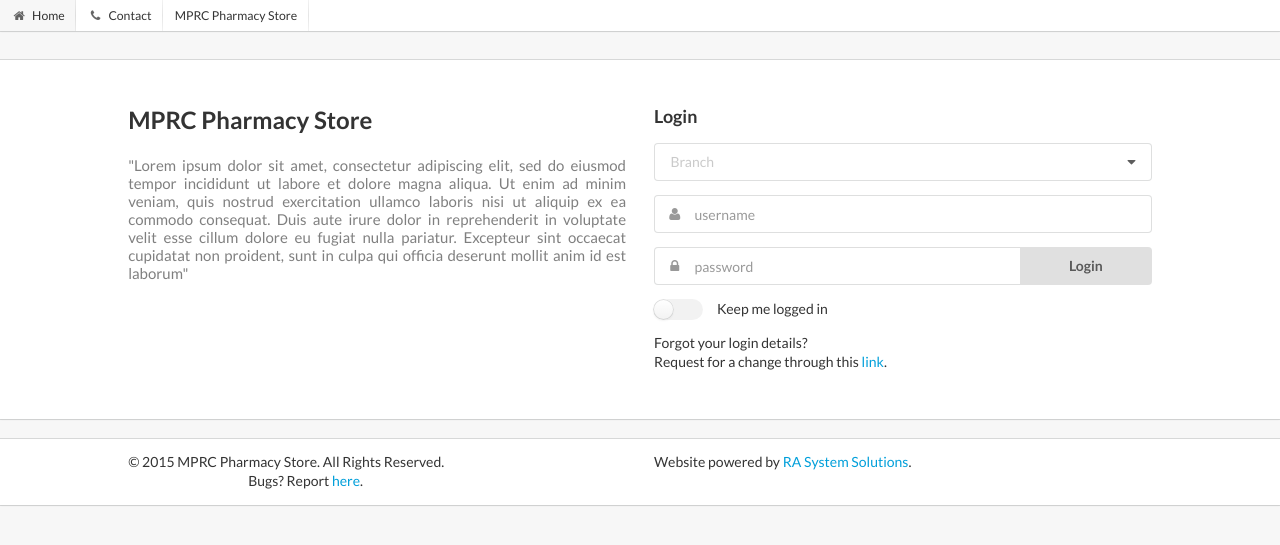
Repository: thdrwngkd/oims
Page: public/index.html
The author's editor kept a record of every edit. The page is drawn from the files as they stood at one moment, then again after the next edit.
The browser window is 1280 px wide. The pictures show the whole page.

Above is the page before.

After the next edit:
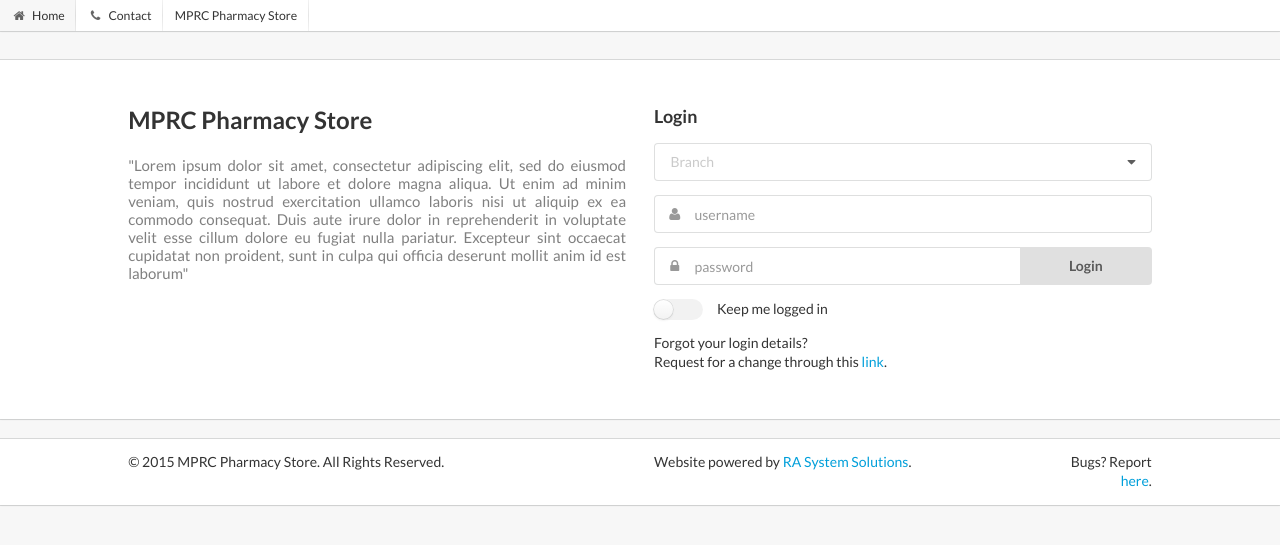
The edit:
--- a/public/index.html
+++ b/public/index.html
@@ -97,7 +97,7 @@
           <div class="six wide column">
             <p>Website powered by <a href="">RA System Solutions</a>.</p>
           </div>
-          <div class="right aligned four wide column">
+          <div class="right aligned two wide column">
             <p>Bugs? Report <a href="">here</a>.</p>
           </div>
         </div>
